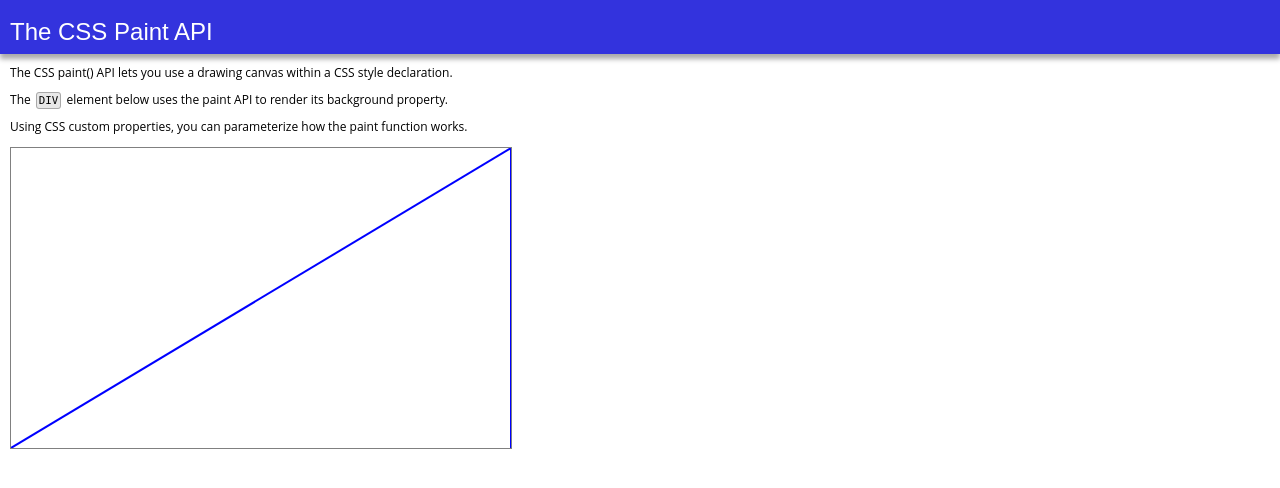
Repository: craig-o-curtis/browser-apis
Page: pages/csspaint.html
An editor plug-in stored every save of this project. The page is shown before and after the next save, followed by the edit.
The browser window is 1280 px wide. The pictures show the whole page.

Above is the page before, as saved 2020-05-17 17:11:50.

After the next save:
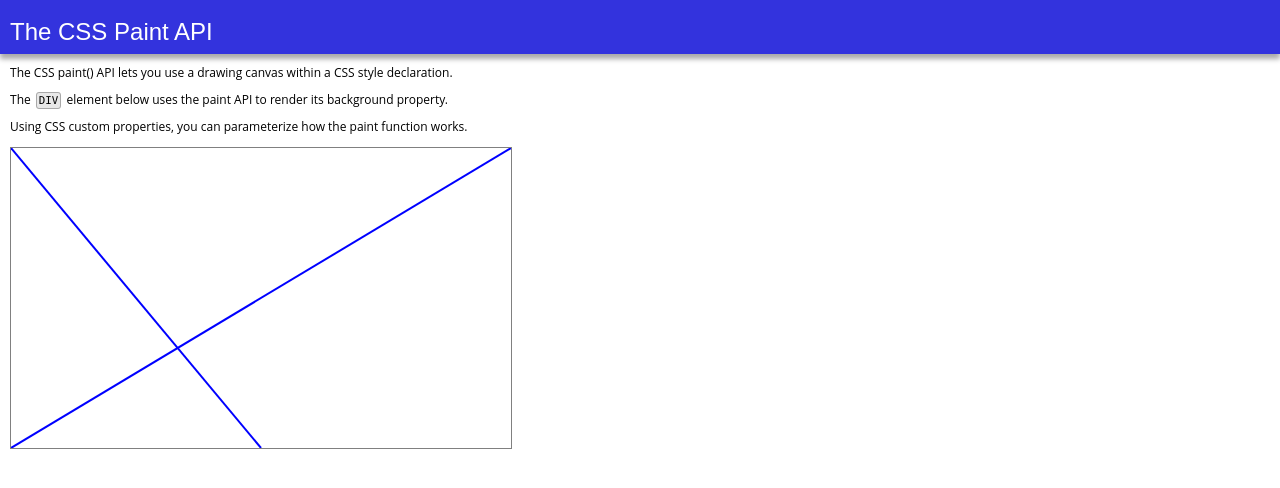
Saved 30 s later.
--- a/pages/csspaint.js
+++ b/pages/csspaint.js
@@ -15,8 +15,9 @@ if (typeof registerPaint !== "undefined") {
       ctx.strokeStyle = color;
 
       ctx.beginPath();
-      ctx.moveTo(size.width, 0);
-      ctx.lineTo(size.width, size.height);
+      ctx.moveTo(0, 0);
+      ctx.lineTo(size.width/2, size.height);
+    //   ctx.lineTo(size.width, size.height);
       ctx.stroke();
 
       ctx.beginPath();
